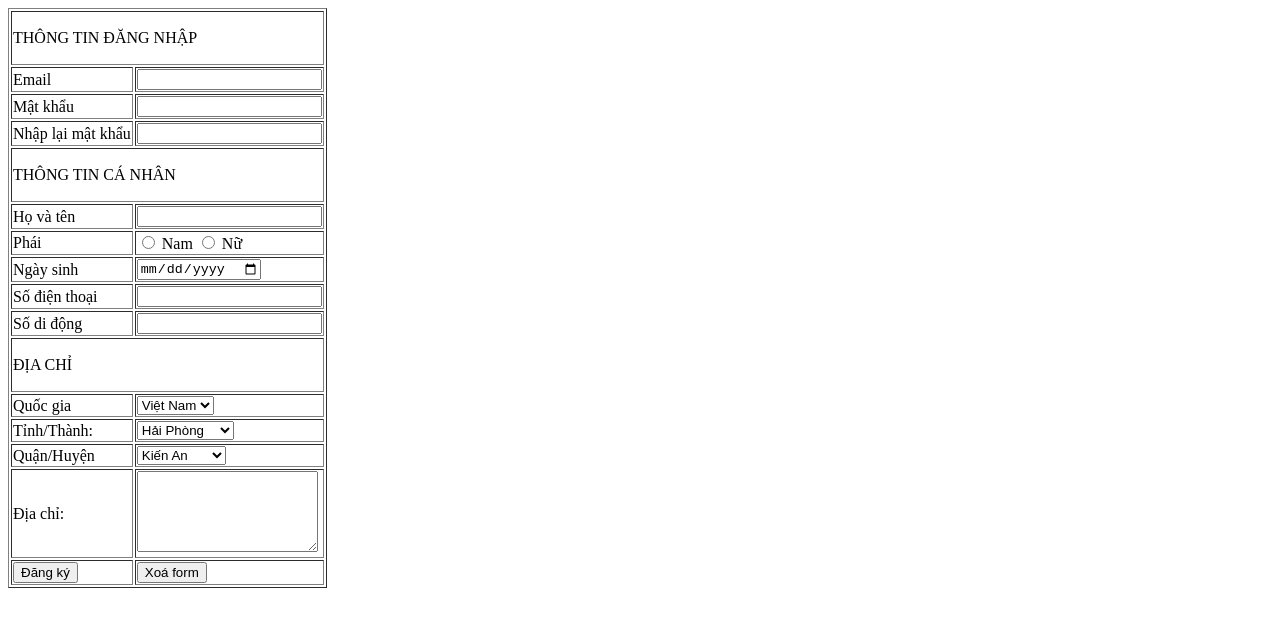
Repository: Vanh260703/Java-Servlet
Page: Bai1_HelloWorld/src/main/webapp/vidu.html
The author's editor kept a copy of each file at every save. The page is drawn from the files as they stood at one save, then again after the next save.
The browser window is 1280 px wide. The pictures show the whole page.

Above is the page before, as saved 2025-02-28 16:18:06.

After the next save:
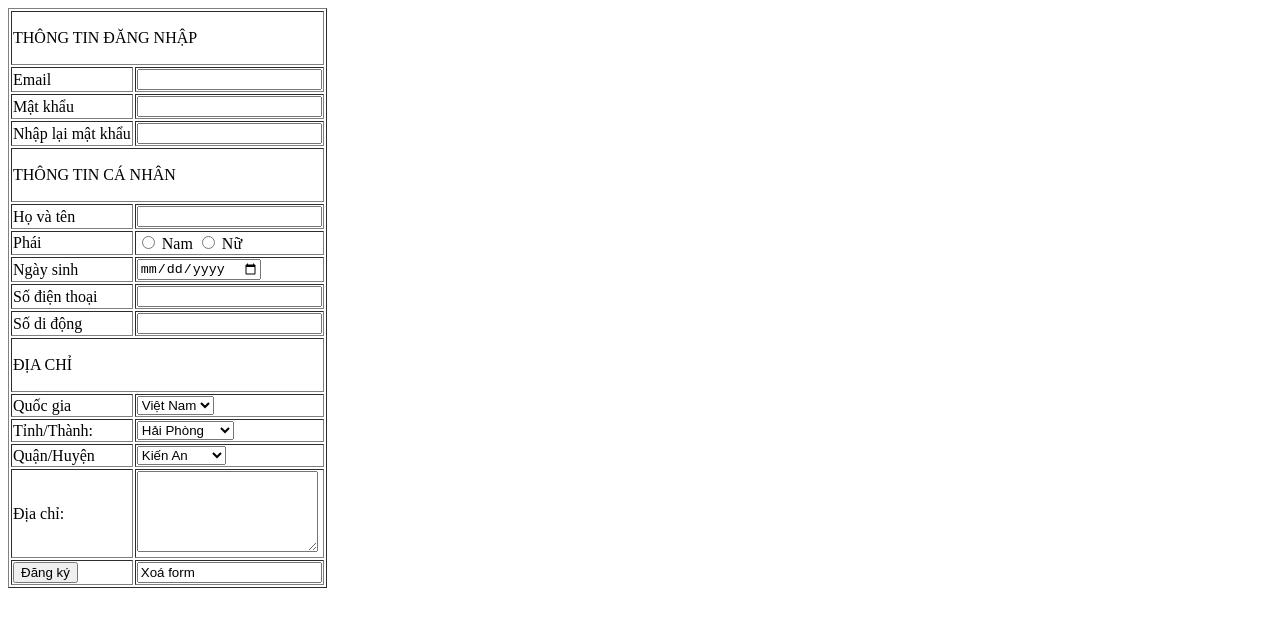
Saved 104 s later.
--- a/Bai1_HelloWorld/src/main/webapp/vidu.html
+++ b/Bai1_HelloWorld/src/main/webapp/vidu.html
@@ -129,10 +129,10 @@
 			</tr>
 			<tr>
 				<td>
-					<input type = "button" id = "submit" value = "Đăng ký">
+					<input type = "submit" id = "submit" value = "Đăng ký">
 				</td>
 				<td>
-					<input type = "button" id = delete" value = "Xoá form">
+					<input type = "rest" id = "delete" value = "Xoá form">
 				</td>
 			</tr>
 		</tbody>
